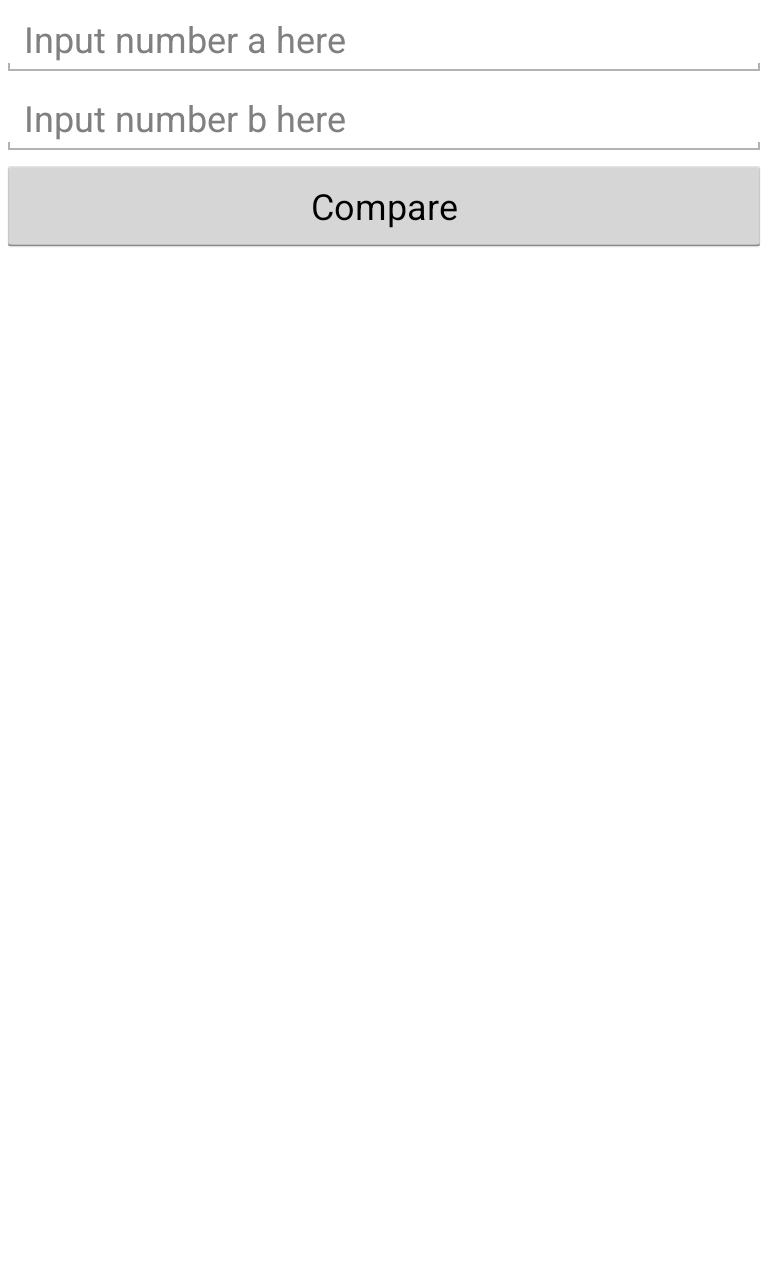
Repository: LightWay152/Lesson2_If_Switch
Layout: Min2Number/res/layout/activity_main.xml
An editor plug-in stored every save of this project. The layout is shown before and after the next save, followed by the edit.
It is drawn on a 768 x 1280 px phone screen (xhdpi) without system bars, with theme AppTheme; the app's code is not run.

Above is the layout before, as saved 2017-01-01 13:39:05.

### Min2Number/res/layout/activity_main.xml
<LinearLayout xmlns:android="http://schemas.android.com/apk/res/android"
    xmlns:tools="http://schemas.android.com/tools"
    android:layout_width="match_parent"
    android:layout_height="match_parent"
    android:orientation="vertical"
    tools:context="${relativePackage}.${activityClass}" >

    <EditText
        android:id="@+id/edtNumberA"
        android:layout_width="match_parent"
        android:layout_height="wrap_content"
        android:hint="@string/input_number_a"/>
    <EditText
        android:id="@+id/edtNumberB"
        android:layout_width="match_parent"
        android:layout_height="wrap_content"
        android:hint="@string/input_number_b"/>
    <Button
        android:id="@+id/btnCompare"
        android:layout_width="match_parent"
        android:layout_height="wrap_content"
        android:text="@string/compare"/>
    <TextView
        android:id="@+id/txtResult"
        android:layout_width="match_parent"
        android:layout_height="wrap_content"
        android:text=""/>

</LinearLayout>

### Min2Number/res/values/strings.xml
<?xml version="1.0" encoding="utf-8"?>
<resources>

    <string name="app_name">Min 2 Number</string>
    <string name="hello_world">Hello world!</string>
    <string name="input_number_a">Input number a here</string>
    <string name="input_number_b">Input number b here</string>
    <string name="compare">Compare</string>

</resources>

Loaded but not shown: Min2Number/res/values/styles.xml (common file); Min2Number/res/values-v11/styles.xml (common file); Min2Number/res/values-v14/styles.xml (common file)

After the next save:
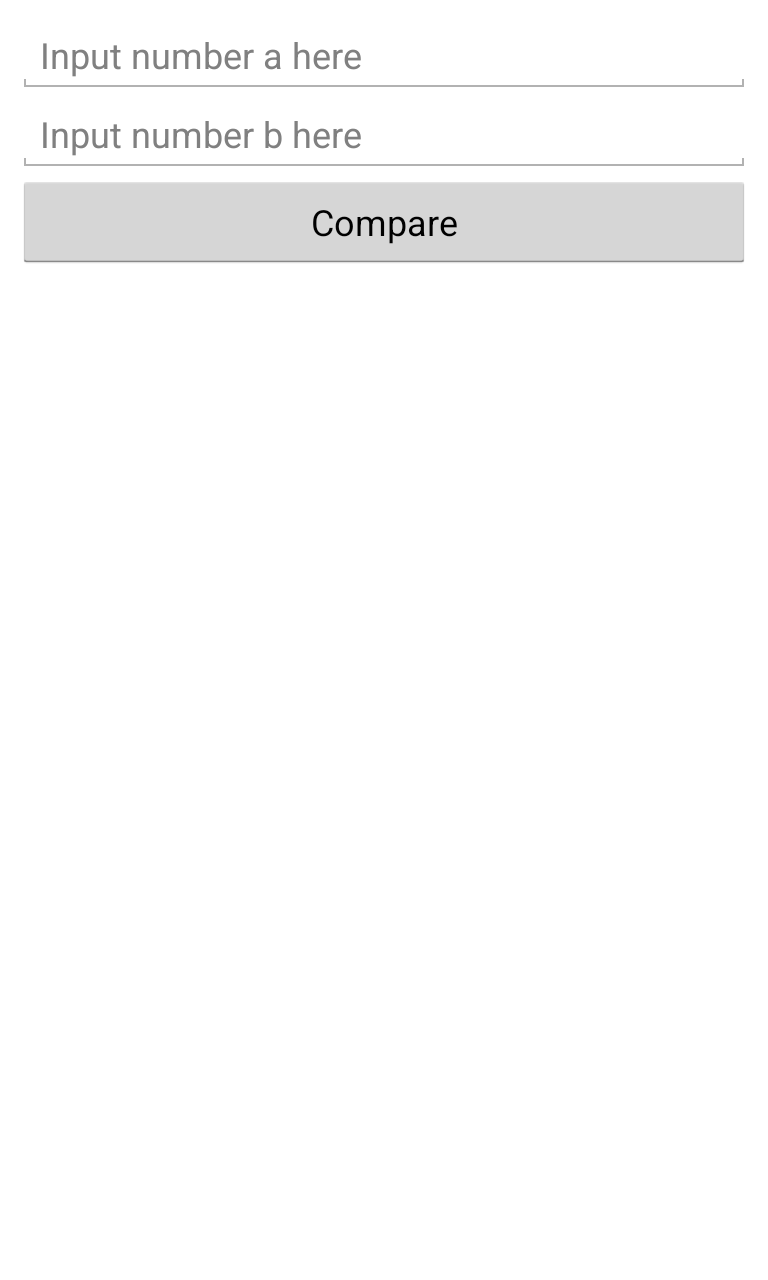
Saved 55 s later.
--- a/Min2Number/res/layout/activity_main.xml
+++ b/Min2Number/res/layout/activity_main.xml
@@ -3,6 +3,7 @@
     android:layout_width="match_parent"
     android:layout_height="match_parent"
     android:orientation="vertical"
+    android:padding="8dp"
     tools:context="${relativePackage}.${activityClass}" >
 
     <EditText
